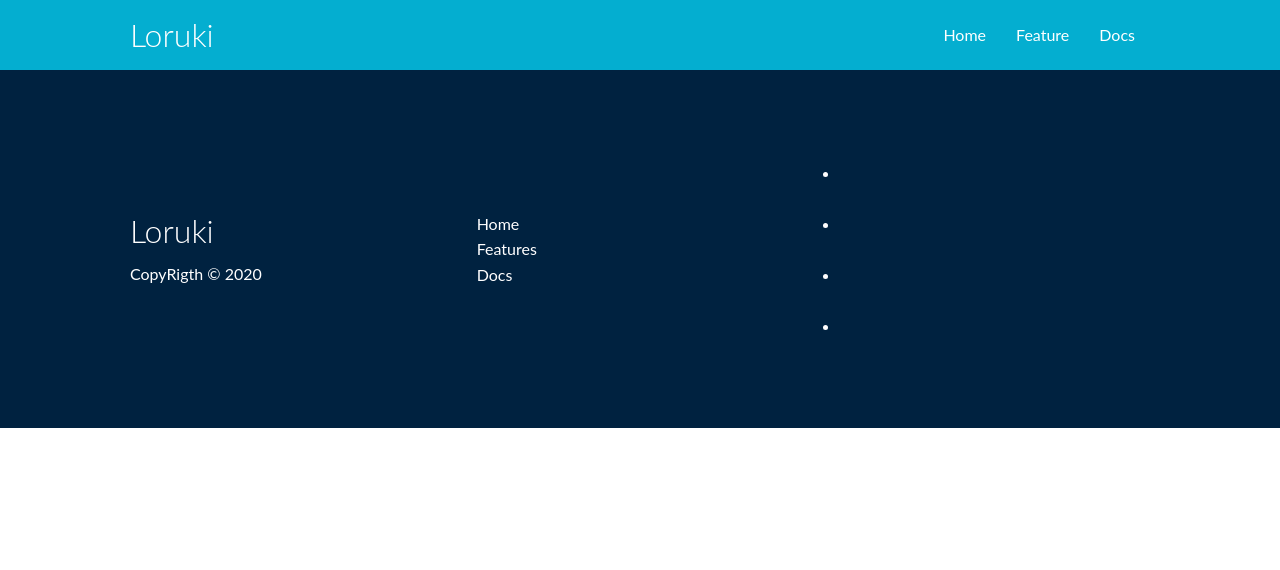
Repository: MosiurRrahman/loruki-app-reactjs
Page: /
An editor plug-in stored every save of this project. The page is shown before and after the next save, followed by the edit.
The browser window is 1280 px wide. The pictures show the whole page.
The project was rebuilt for these pictures with package versions that can differ from the ones it lists, and the page was loaded fresh each time.

Above is the page before, as saved 2021-10-05 12:01:06.

After the next save:
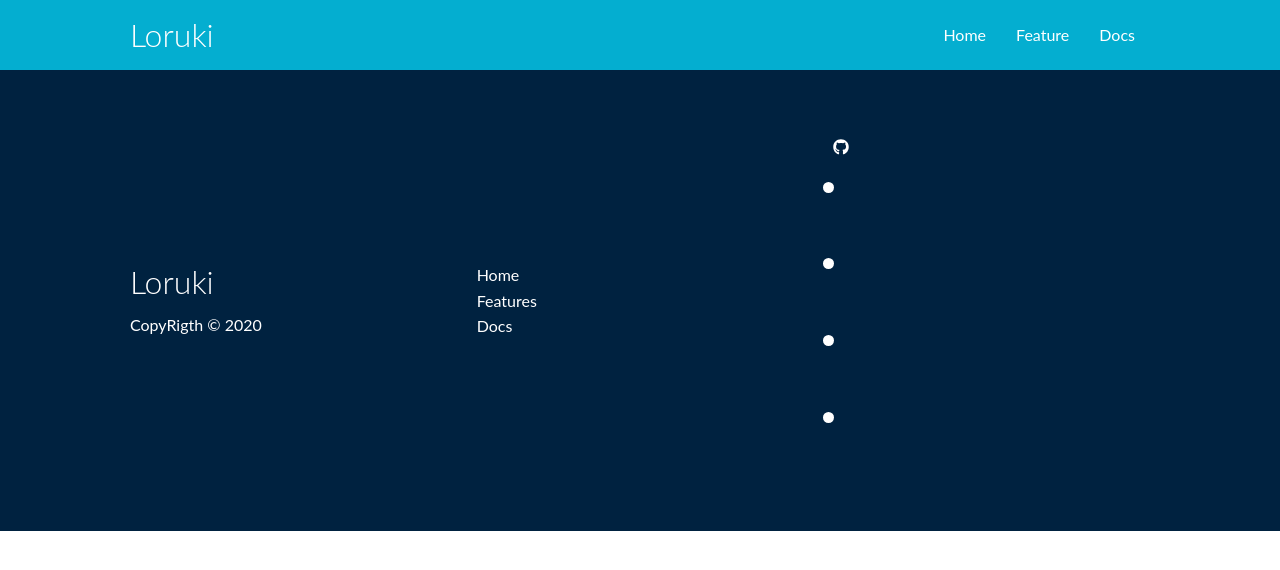
Saved 9 min 54 s later.
--- a/src/components/common/Footer.jsx
+++ b/src/components/common/Footer.jsx
@@ -1,4 +1,4 @@
-import { github } from "@fortawesome/free-brands-svg-icons";
+import { faGithub } from "@fortawesome/free-brands-svg-icons";
 import { FontAwesomeIcon } from "@fortawesome/react-fontawesome";
 import { Component } from "react";
 
@@ -27,7 +27,7 @@ class Footer extends Component {
             </nav>
             <div class="social">
               <a href="#">
-                <FontAwesomeIcon icon={{ github }} />
+                <FontAwesomeIcon icon={faGithub} />
                 <li class="fab fa-github fa-2x"></li>
               </a>
               <a href="#">
